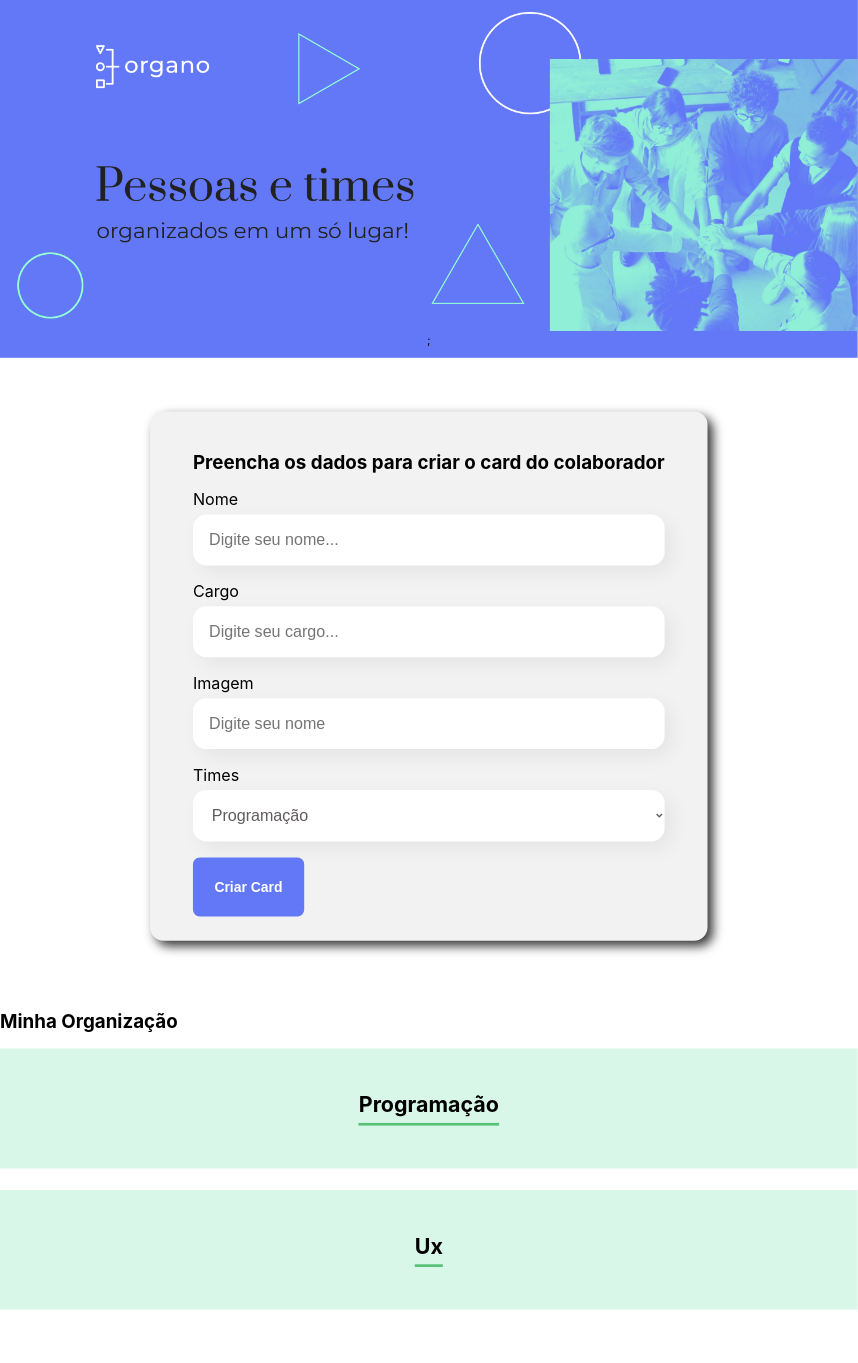
Repository: guilhermecardoso93/organo
Page: /
An editor plug-in stored every save of this project. The page is shown before and after the next save, followed by the edit.
The browser window is 1280 px wide. The pictures show the whole page, at 67% of full size.
The project was rebuilt for these pictures with package versions that can differ from the ones it lists, and the page was loaded fresh each time.

Above is the page before, as saved 2024-05-26 19:12:22.

### src/App.js
import { useState } from "react";
import { Banner } from "./components/Banner";
import { Form } from "./components/Form";
import { Times } from "./components/Times";

export default function App(handleChangeColaboradores) {
  const [colaboradores, setColaboradores] = useState([]);

  function handleNewColaboradores(colaborador) {
    setColaboradores([...colaboradores], colaborador);
    console.log(setColaboradores)
  }

  return (
    <div className="app">
      <Banner />
      <Form
        handleChangeColaboradores={(colaborador) =>
          handleNewColaboradores(colaborador)
        }
      />
      <Times />
    </div>
  );
}

### src/components/Banner/index.js
import BannerBackground from "../../assets/imagens/banner.png";
import "./styles.css";

export function Banner() {
  return (
    <header className="background-banner">
      <img src={BannerBackground} alt="Banner Principal da Página da Orgona" />;
    </header>
  );
}

### src/components/Form/index.js
import { useState } from "react";

import { Button } from "../Button";
import { Input } from "../Input";
import { ListDropDown } from "../ListDropDown";

import "./styles.css";

export function Form(props) {
  const times = [
    "Programação",
    "Front-End",
    "Data Science",
    "Devops",
    "UX e Design",
    "Mobile",
    " Inovação e Gestão",
  ];

  const [name, setName] = useState("");
  const [cargo, setCargo] = useState("");
  const [imagem, setImagem] = useState("");
  const [teams, setTeams] = useState([]);

  function handleSubmit(event) {
    event.preventDefault();
    props.handleChangeColaboradores({ name, cargo, imagem, teams });
  }
  return (
    <section className="form">
      <form onSubmit={handleSubmit}>
        <h2>Preencha os dados para criar o card do colaborador</h2>
        <Input
          label="Nome"
          obrigatorio
          placeholder="Digite seu nome..."
          value={name}
          valueChange={(value) => setName(value)}
        />
        <Input
          label="Cargo"
          obrigatorio
          placeholder="Digite seu cargo..."
          value={cargo}
          valueChange={(value) => setCargo(value)}
        />
        <Input
          label="Imagem"
          obrigatorio
          placeholder="Digite seu nome"
          value={imagem}
          valueChange={(value) => setImagem(value)}
        />
        <ListDropDown
          itens={times}
          label="Times"
          value={teams}
          valueChange={(value) => setTeams(value)}
        />
        <Button> Criar Card</Button>
      </form>
    </section>
  );
}

### src/components/Times/index.js
import Imagem from "../../assets/imagens/logo.png";

import { Time } from "./components/Time";

import "./styles.css";
export function Times(props) {
  return (
    <div className="times-container-main">
      <div>
        <h2>Minha Organização</h2>
      </div>
      <div className="times-container-list">
        <Time name="Programação" />
        <Time name="Ux" />
      </div>
    </div>
  );
}

### src/components/Banner/styles.css
.background-banner {
  background-color: #6278f7;
  text-align: center;
  padding-bottom: 1rem;
}

.background-banner img {
  max-width: 100%;
}

### src/components/Button/index.js
import "./styles.css";

export function Button(props) {
  return <button>{props.children}</button>;
}

### src/components/Input/index.js
import "./styles.css";

export function Input({ label, placeholder, obrigatorio, value, valueChange }) {
  function handleTap(event) {
    valueChange(event.target.value);
  }

  return (
    <div className="campo-texto">
      <label>{label}</label>
      <input
        placeholder={placeholder}
        required={obrigatorio}
        onChange={handleTap}
        value={value}
      />
    </div>
  );
}

### src/components/ListDropDown/index.js
import "./styles.css";

export function ListDropDown({ label, itens, value, valueChange, required }) {
  return (
    <div className="list-dropdown">
      <label>{label}</label>
      <select
        required={required}
        value={value}
        onChange={(event) => valueChange(event.target.value)}
      >
        {itens.map((item, index) => {
          return <option key={index}>{item}</option>;
        })}
      </select>
    </div>
  );
}

### src/components/Form/styles.css
.form {
  display: flex;
  justify-content: center;
  margin: 80px 0;
}

.form form {
  max-width: 80%;
  background-color: #f2f2f2;
  border-radius: 20px;
  padding: 36px 64px;
  box-shadow: 8px 8px 16px rgba(0,0,0, 0.8);
}

h2 {
  font-size: 1.75rem;
}

### src/components/Times/components/Time/index.js
import './styles.css';

export function Time(props) {
  return (
    <section className="time-container">
      <h3>{props.name}</h3>
    </section>
  );
}

### src/components/Times/styles.css
.times-container-main {
  display: flex;
  flex-direction: column;
  justify-content: center;
  margin: 80px 0;
  overflow: hidden;
}

.times-container-list {
  display: flex;
  flex-direction: column;
  align-items: center;
  justify-content: center;
  width: 100%;
  gap: 2rem;
}

### src/components/Button/styles.css
button {
  background-color: #6278f7;
  color: white;
  border: none;
  border-radius: 10px;
  font-size: 1.3rem;
  font-weight: bold;
  padding: 32px;
  cursor: pointer;
}

button:hover {
  background-color: white;
  color: #6278f7;
  border: 4px solid #6278f7;
  padding: 28px;
}

### src/components/Input/styles.css
.campo-texto {
  display: flex;
  flex-direction: column;
  margin: 24px 0;
}

.campo-texto label {
  display: block;
  margin-bottom: 8px;
  font-size: 24px;
  font-weight: semi-bold;
}

.campo-texto input {
  background-color: #fff;
  box-shadow: 10px 10px 30px rgba(0, 0, 0, 0.06);
  width: 100%;
  border: none;
  font-size: 24px;
  padding: 24px;
  box-sizing: border-box;
  border-radius: 20px;
}

### src/components/ListDropDown/styles.css
.list-dropdown {
  display: flex;
  flex-direction: column;
  margin: 24px 0;
}

.list-dropdown label {
  display: block;
  margin-bottom: 8px;
  font-size: 24px;
  font-weight: semi-bold;
}

.list-dropdown select {
  background-color: #fff;
  box-shadow: 10px 10px 30px rgba(0, 0, 0, 0.06);
  width: 100%;
  border: none;
  font-size: 24px;
  padding: 24px;
  box-sizing: border-box;
  border-radius: 20px;
  color: #615c5c;
}

### src/components/Times/components/Time/styles.css
.time-container {
  text-align: center;
  padding: 32px;
  background-color: #d9f7e9;
  border-radius: 20px;
  width: 100%;
}

.time-container h3 {
  font-size: 2rem;
  border-bottom: 4px solid #57c278;
  display: inline-block;
  padding-bottom: 8px;
}

Loaded but not shown: public/index.html (common file); src/index.js (common file); src/index.css (common file)

After the next save:
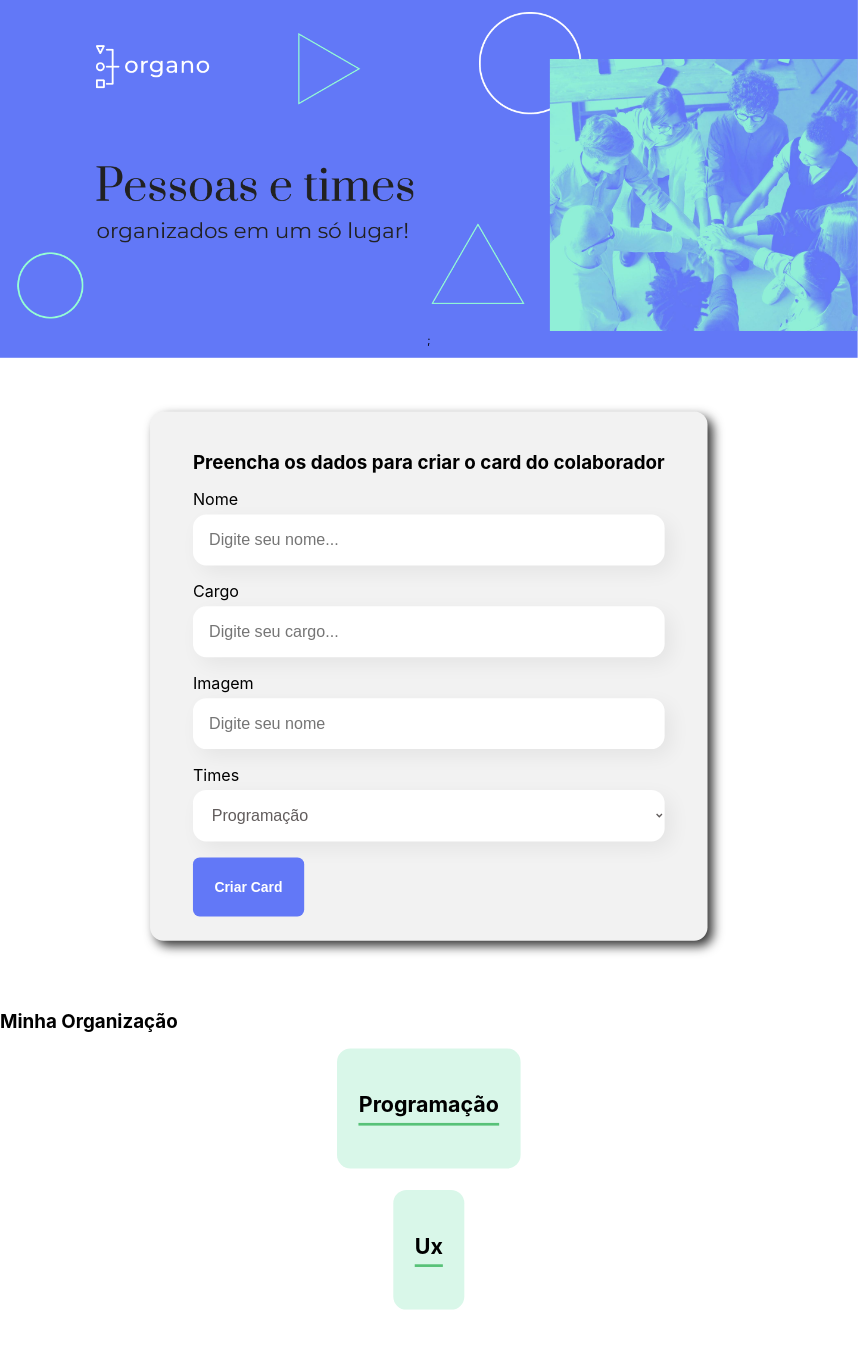
Saved 8 s later.
--- a/src/components/Times/components/Time/styles.css
+++ b/src/components/Times/components/Time/styles.css
@@ -3,7 +3,7 @@
   padding: 32px;
   background-color: #d9f7e9;
   border-radius: 20px;
-  width: 100%;
+  /width: 100%;
 }
 
 .time-container h3 {
